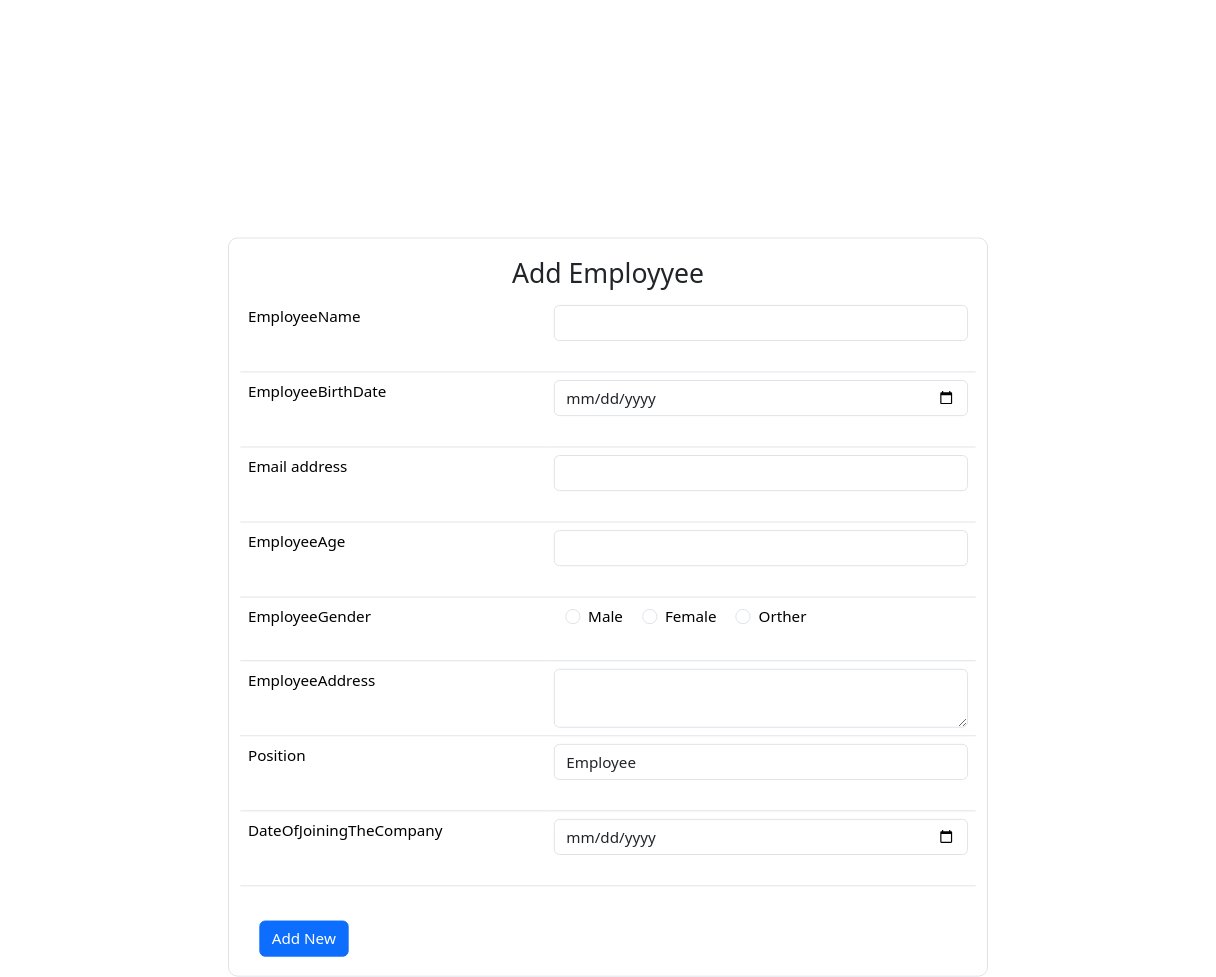
Repository: tranhuuan1703/BaiTapServlet
Page: http://localhost/bai_tap_jsp_servlet/views/Add.jsp
These files come from the project's save history. The page is drawn as it stood at one moment and after the next save; the edit follows.
The browser window is 1280 px wide. The pictures show the whole page, at 95% of full size.
Some web libraries are served in a nearby version. The page is served by Tomcat 9. Other server files are loaded and not shown.

Above is the page before, as saved 2024-08-14 08:28:44.

### bai_tap_jsp_servlet/bai_tap_jsp_servlet/src/main/webapp/views/Add.jsp
<%@ page language="java" contentType="text/html; charset=UTF-8"
   pageEncoding="UTF-8"%>
<%@ taglib prefix="c" uri="http://java.sun.com/jsp/jstl/core"%>
<!DOCTYPE html>
<html>
   <head>
      <meta charset="UTF-8">
      <title>Insert title here</title>
      <link href="https://cdn.jsdelivr.net/npm/bootstrap@5.3.3/dist/css/bootstrap.min.css"
         rel="stylesheet"
         integrity="sha384-QWTKZyjpPEjISv5WaRU9OFeRpok6YctnYmDr5pNlyT2bRjXh0JMhjY6hW+ALEwIH"
         crossorigin="anonymous">
      <script src="https://cdn.jsdelivr.net/npm/bootstrap@5.3.3/dist/js/bootstrap.bundle.min.js"
         integrity="sha384-YvpcrYf0tY3lHB60NNkmXc5s9fDVZLESaAA55NDzOxhy9GkcIdslK1eN7N6jIeHz"
         crossorigin="anonymous"></script>
      <script src="https://ajax.googleapis.com/ajax/libs/jquery/1.12.0/jquery.min.js"></script>
      <script src="https://unpkg.com/dayjs@1.8.21/dayjs.min.js"></script>
      <link href="<c:url value="/css/base.css"/>" rel="stylesheet" type="text/css" />
   </head>
   <body>


      <div class="container border" style="margin-top:250px; width:800px; border-radius: 10px;">
      	<center style="padding-top: 20px;"><h3>Add Employyee</h3></center>
         <form id="updateForm" action="addEmployeeController" method="get">
            <table class="table">

               <tr>
                  <td><label for="nameEmployee" class="form-label">EmployeeName</label></td>
                  <td>
                     <input type="text" class="form-control" id="nameEmployee" aria-describedby="emailHelp" name="nameEmployee" required="required" pattern="^[^\d]+$">
                     <span class="rq">${msgUserName}</span>
                  </td>

               </tr>
               <tr>
                  <td><label for="birthDayEmployee" class="form-label">EmployeeBirthDate</label></td>
                  <td>
                     <input type="date" class="form-control" id="birthDayEmployee" name="birthDayEmployee" required="required">
                     <span class="rq">${msgEmployeeBirthDate}</span>
                  </td>

               </tr>
               <tr>
                  <td><label for="emailEmployee" class="form-label">Email address</label></td>
                  <td>
                     <input type="email" class="form-control" id="emailEmployee" aria-describedby="emailHelp" name="emailEmployee" required="required">
                     <span class="rq">${msgEmail}</span>

                  </td>
               </tr>
               <tr>
                  <td><label for="ageEmployee" class="form-label">EmployeeAge</label></td>
                  <td>
                     <input type="number" class="form-control" id="ageEmployee" aria-describedby="emailHelp" value="" readonly name="ageEmployee">
                     <span class="rq">${msgEmployeeAge}</span>
                  </td>
               </tr>
               <tr>
                  <td><label for="inlineRadio1" class="form-label">EmployeeGender</label></td>
                  <td>
                  	<div class="container">
                  		<div class="form-check form-check-inline">
	                        <input class="form-check-input" type="radio" name="inlineRadioOptions" id="inlineRadio1" value="male">
	                        <label class="form-check-label" for="inlineRadio1">Male</label>
	                     </div>
	                     <div class="form-check form-check-inline">
	                        <input class="form-check-input" type="radio" name="inlineRadioOptions" id="inlineRadio2" value="female">
	                        <label class="form-check-label" for="inlineRadio2">Female</label>
	                     </div>
	                     <div class="form-check form-check-inline">
	                        <input class="form-check-input" type="radio" name="inlineRadioOptions" id="inlineRadio3" value="option3">
	                        <label class="form-check-label" for="inlineRadio3">Orther</label>
	                     </div>
                  	</div>

                     <div>
                     	<span class="rq">${msgGender}</span>
                     </div>

                  </td>
               </tr>
               <tr>
                  <td><label for="addressEmployee" class="form-label">EmployeeAddress</label></td>
                  <td>
                     <textarea  class="form-control" id="addressEmployee" aria-describedby="emailHelp" name="addressEmployee"></textarea>

                  </td>
               </tr>
               <tr>
                  <td><label for="exampleInputEmail1" class="form-label">Position</label></td>
                  <td>
                     <select class="form-control" id="selection" name="position">
                        <option value="employee">Employee</option>
                        <option value="boss">Boss</option>
                     </select>
                     <span class="rq">${msgPosition}</span>
                  </td>
               </tr>
               <tr>
                  <td><label for="dateJoiningBirthday" class="form-label">DateOfJoiningTheCompany</label></td>
                  <td>
                		<input type="date" class="form-control" id="dateJoiningCompany" name="dateJoiningCompany" required="required" max="">
                     	<span class="rq">${msgDateJoinCompany}</span>
                  </td>
               </tr>
            </table>
             <div class="grid" style="padding:20px;">
            	<button type="submit" class="btn btn-primary">Add New</button>
            </div>
         </form>
      </div>
   </body>
 <script>

 $("#birthDayEmployee, #dateJoiningCompany").blur(function(){
	    const dateValue = new Date($(this).val());

	    if (isNaN(dateValue)) {
	        return '';
	    }

	    const day = String(dateValue.getDate()).padStart(2, '0');
	    const month = String(dateValue.getMonth() + 1).padStart(2, '0');
	    const year = dateValue.getFullYear();

	    var text = day + "/" + month + "/" + year;
	    $(this).attr("type","text");
	    $(this).val(text);
});


 $("#birthDayEmployee").blur(function(){

		var date1 = new Date();

		var values = $(this).val();
		var yeard = parseInt(values.substr(6, values.length));

		currentYear = date1.getFullYear();

		age = currentYear - yeard;
		$("#ageEmployee").val(age);
	});

	$("#updateForm").submit(function(){

		$("#inputEmployeeId").disabled = false;


	})




	$("form").on('submit', function(){

	  var inputDate = new Date(document.getElementById('dateJoiningCompany').value);
	  var today = new Date();


	  var isConfirmed = confirm("Bạn có chắc muốn thêm nhân viên này?");

	  if (!isConfirmed){
		  event.preventDefault();
	  }
	})


	// Lấy ngày hiện tại
    var today = new Date().toISOString().split('T')[0];
    // Đặt giá trị max của input là ngày hiện tại
    document.getElementById('dateJoiningCompany').setAttribute('max', today);
    // Thiết lập giá trị max là ngày hiện tại
    document.getElementById('dateJoiningCompany').max = new Date().toISOString().split("T")[0];

    /*function formatDate() {
        const dateInput = document.getElementById('dateJoiningCompany').value;
        if (dateInput) {
            const [year, month, day] = dateInput.split("-");
            const formattedDate = `${day}/${month}/${year}`;
            document.getElementById('dateJoiningCompany').value = formattedDate;
            return;
        }
    }*/
 </script>

</html>

### bai_tap_jsp_servlet/bai_tap_jsp_servlet/src/main/webapp/css/base.css
@charset "UTF-8";



	/* styles.css */


/* Phong cách cơ bản của popup */
.popup {
    display: none; /* Ẩn popup mặc định */
    position: fixed;
    z-index: 1;
    left: 0;
    top: 0;
    width: 100%;
    height: 100%;
    overflow: auto;
    background-color: rgba(0, 0, 0, 0.5); /* Màu nền mờ */
}

/* Nội dung của popup */
.popup-content {
    background-color: white;
    margin: 15% auto; /* Căn giữa */
    padding: 20px;
    border: 1px solid #888;
    width: 80%;
    max-width: 700px; /* Giới hạn chiều rộng */
}

/* Nút đóng popup */
.close-btn {
    color: #aaa;
    float: right;
    font-size: 28px;
    font-weight: bold;
}

.close-btn:hover,
.close-btn:focus {
    color: black;
    text-decoration: none;
    cursor: pointer;
}


.intro {
  height: 100%;
}

table td,
table th {
  text-overflow: ellipsis;
  white-space: nowrap;
  overflow: hidden;
}

thead th {
  color: #fff;
}

.card {
  border-radius: .5rem;
}

.table-scroll {
  border-radius: .5rem;
}

.table-scroll table thead th {
  font-size: 1.25rem;
}
thead {
  top: 0;
  position: sticky;
}

/* bao loi */
.rq{
		display: inline-block;
		max-width: 80%;
		word-wrap: break-word;
		white-space: normal;
		color: red;
	}

After the next save:
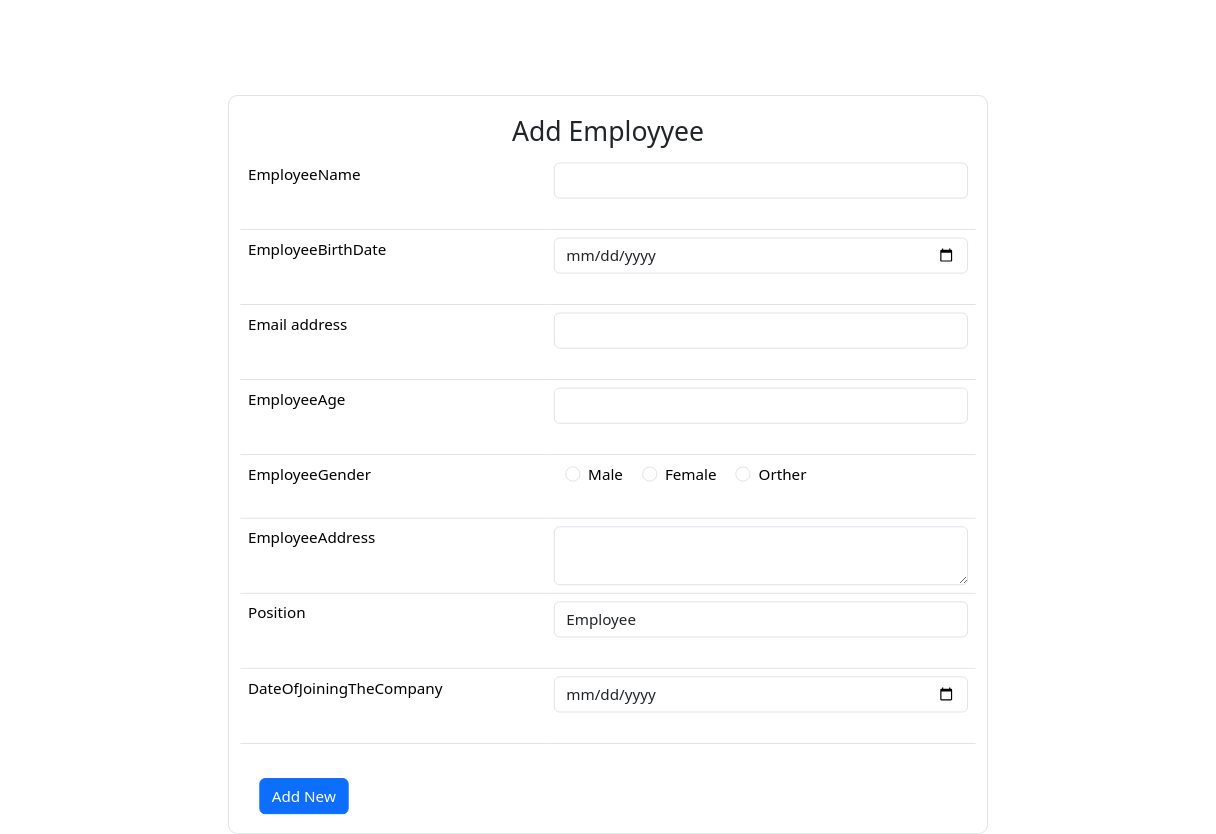
Saved 4 min 32 s later.
--- a/bai_tap_jsp_servlet/bai_tap_jsp_servlet/src/main/webapp/views/Add.jsp
+++ b/bai_tap_jsp_servlet/bai_tap_jsp_servlet/src/main/webapp/views/Add.jsp
@@ -20,7 +20,7 @@
    <body>
 
 
-      <div class="container border" style="margin-top:250px; width:800px; border-radius: 10px;">
+      <div class="container border" style="margin-top:100px; width:800px; border-radius: 10px;">
       	<center style="padding-top: 20px;"><h3>Add Employyee</h3></center>
          <form id="updateForm" action="addEmployeeController" method="get">
             <table class="table">
